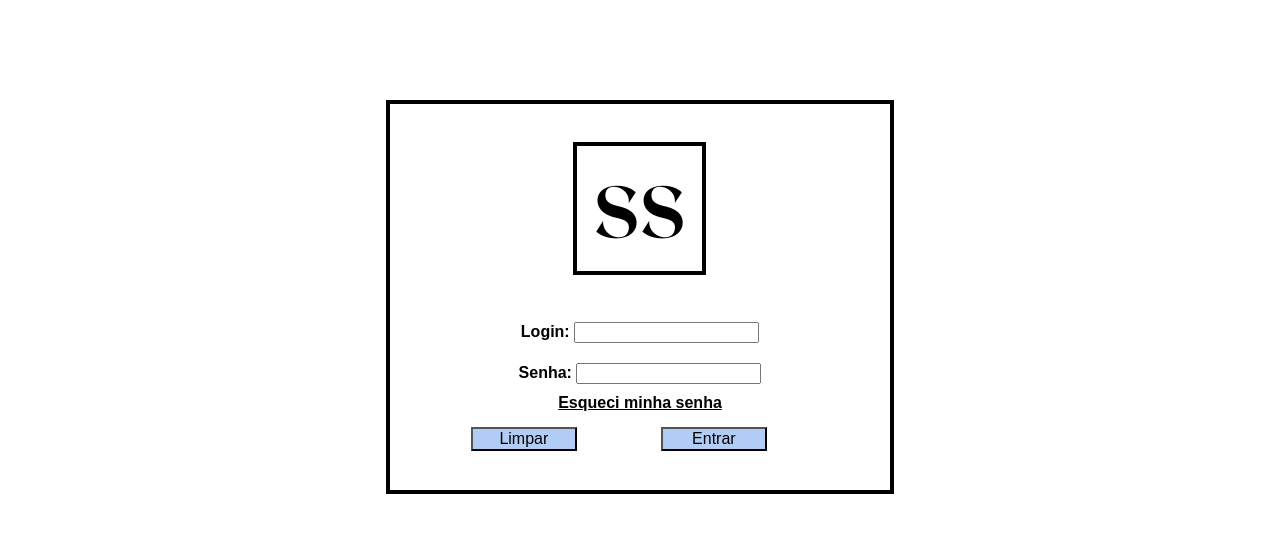
Repository: FaculdadeSenaiJoinville/PiMichelBaade
Page: http://localhost/ProjetoIndividual/
These files come from the project's save history. The page is drawn as it stood at one moment and after the next save; the edit follows.
The browser window is 1280 px wide. The pictures show the whole page.
The page is served by Tomcat 9.

Above is the page before, as saved 2021-08-11 00:34:03.

After the next save:
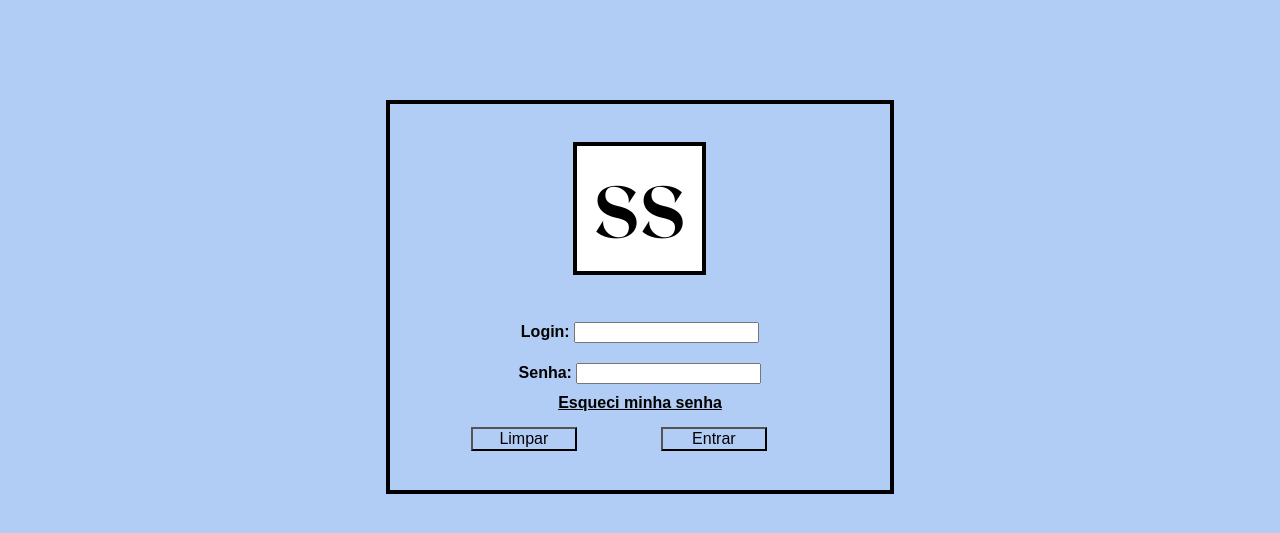
Saved 11 s later.
--- a/ProjetoIndividual/WebContent/css/site.css
+++ b/ProjetoIndividual/WebContent/css/site.css
@@ -6,6 +6,7 @@ body{
 	font-family: "Century Gothic", sans-serif;
 	height: 100%;
 	font-weight: bold;
+	background-color: #b1ccf5;
 }
 img{
 	border:4px solid #000;
